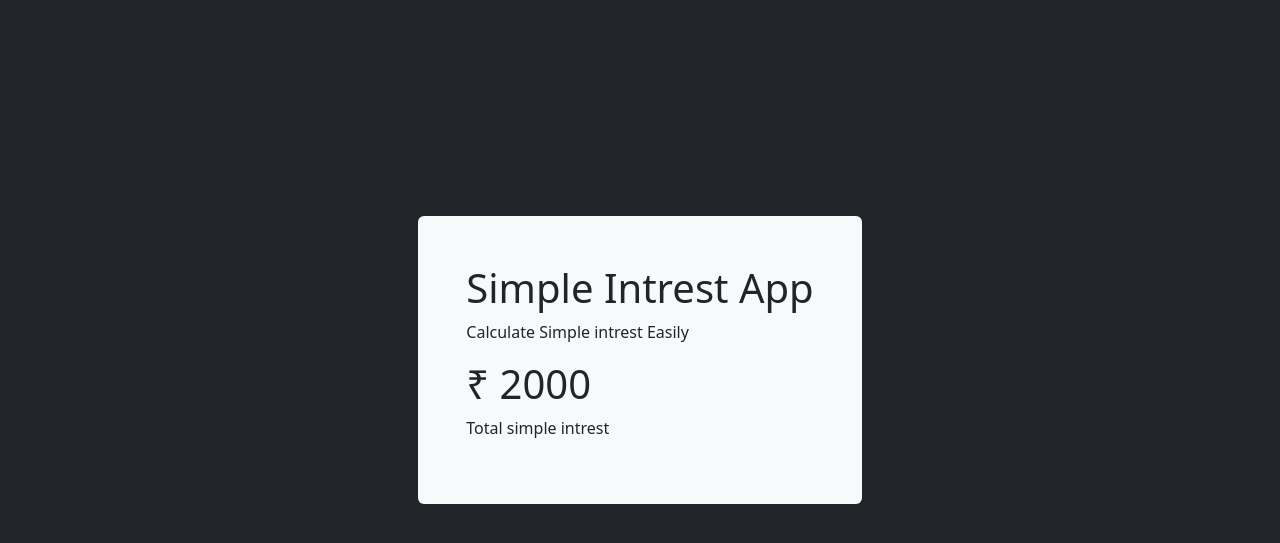
Repository: Afraz13/simple-intrest
Page: /
An editor plug-in stored every save of this project. The page is shown before and after the next save, followed by the edit.
The browser window is 1280 px wide. The pictures show the whole page.
The project was rebuilt for these pictures with package versions that can differ from the ones it lists, and the page was loaded fresh each time. Also part of the build but not shown: src/index.css, src/App.css.

Above is the page before, as saved 2024-07-15 20:29:51.

After the next save:
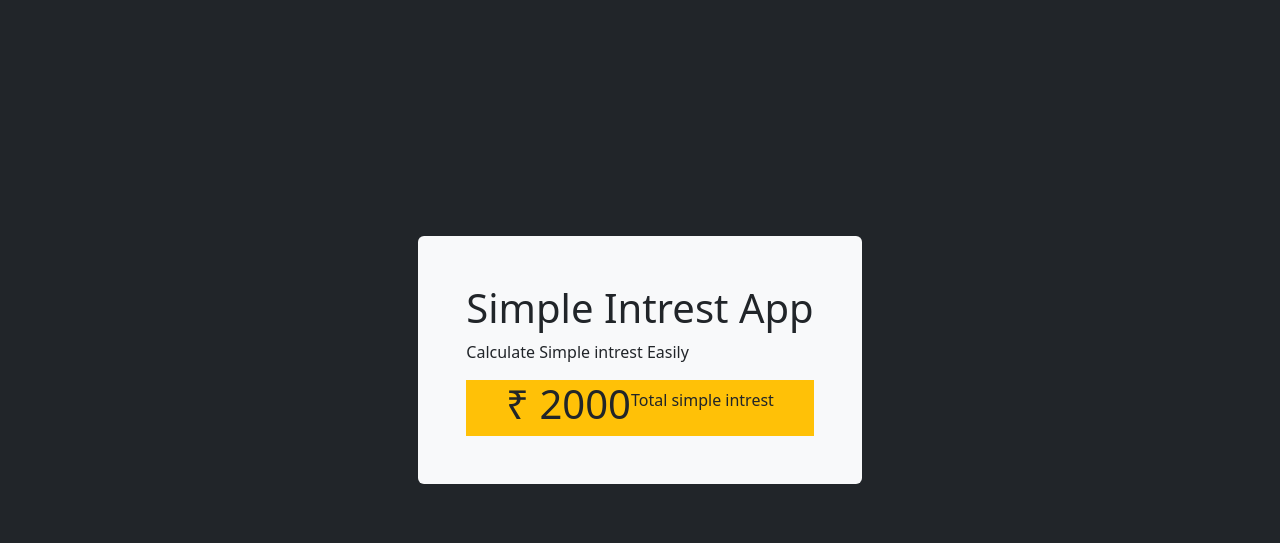
Saved 16 s later.
--- a/src/App.js
+++ b/src/App.js
@@ -7,7 +7,7 @@
     <div className='bg-light p-5 rounded'>
     <h1>Simple Intrest App</h1>
     <p>Calculate Simple intrest Easily</p>
-    <div className='bg-war'>
+    <div className='bg-warning d-flex justify-content-center align-items-center  '>
       <h1>₹ 2000</h1>
       <p>Total simple intrest</p>
     </div>
